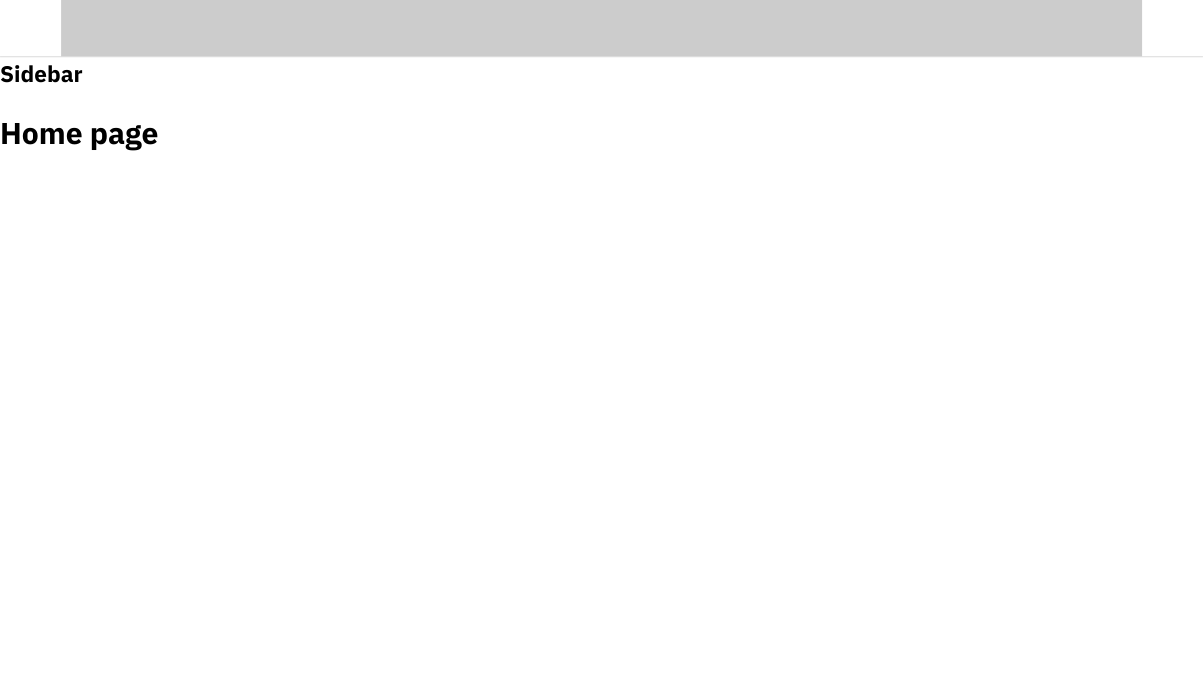
Repository: hmquandec05/tiktok-clone
Page: /
The author's editor kept a copy of each file at every save. The page is drawn from the files as they stood at one save, then again after the next save.
The browser window is 1280 px wide. The pictures show the whole page, at 94% of full size.
The project was rebuilt for these pictures with package versions that can differ from the ones it lists, and the page was loaded fresh each time. Also part of the build but not shown: src/components/Layouts/HeaderOnly/index.js, src/pages/Following/index.js, src/pages/Profile/index.js, src/pages/Search/index.js. Imported but missing from the stored project, and not drawn on this page: src/pages/Upload.

Above is the page before, as saved 2025-02-26 16:50:41.

After the next save:
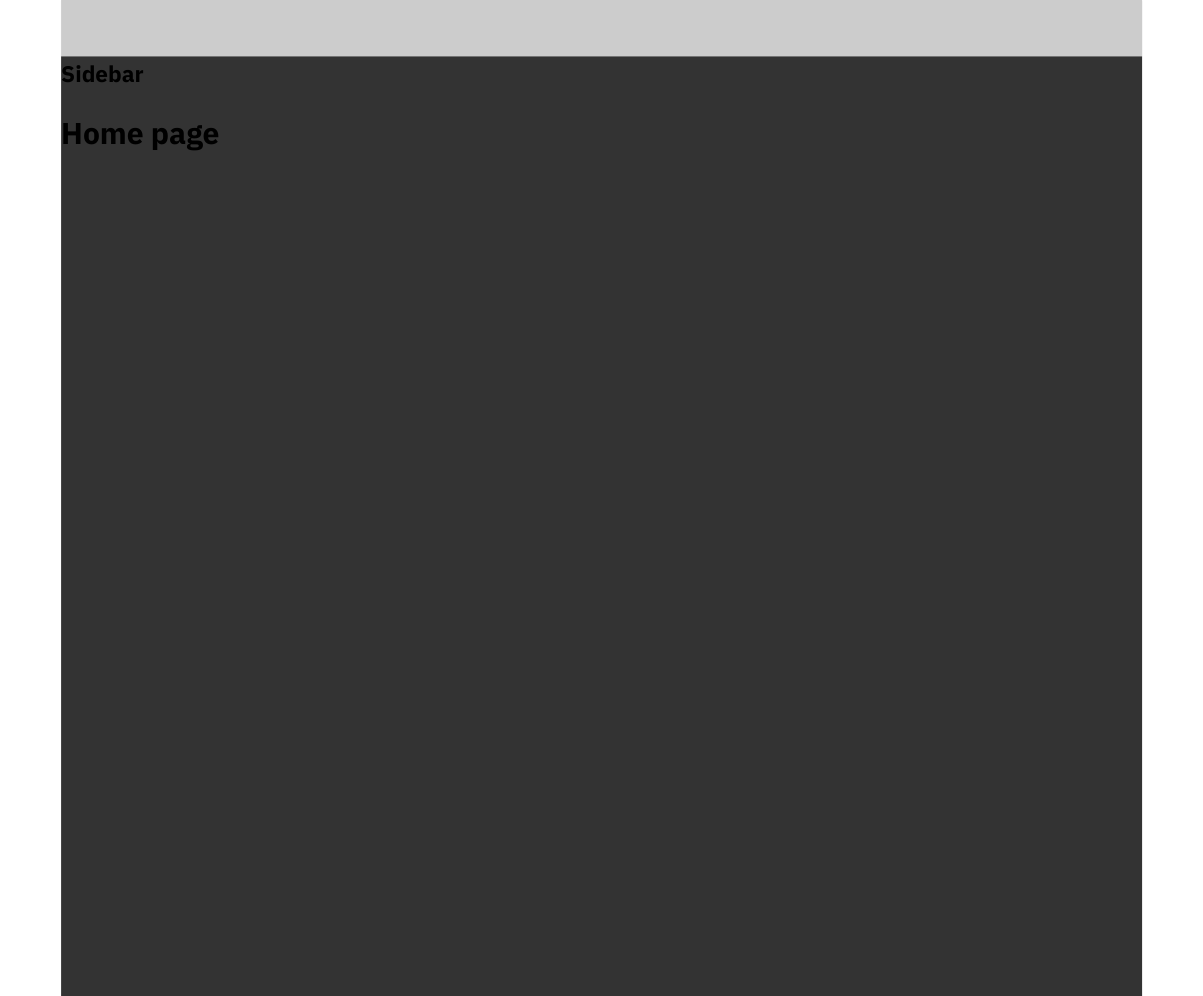
Saved 83 s later.
--- a/src/components/Layouts/DefaultLayout/DefaultLayout.module.scss
+++ b/src/components/Layouts/DefaultLayout/DefaultLayout.module.scss
@@ -1,9 +1,13 @@
 .wrapper {
   display: flex;
   flex-direction: column;
+  align-items: center;
 }
 
 .container {
+  width: 1150px;
+  min-height: 1000px;
+  background-color: #333;
 }
 
 .content {
